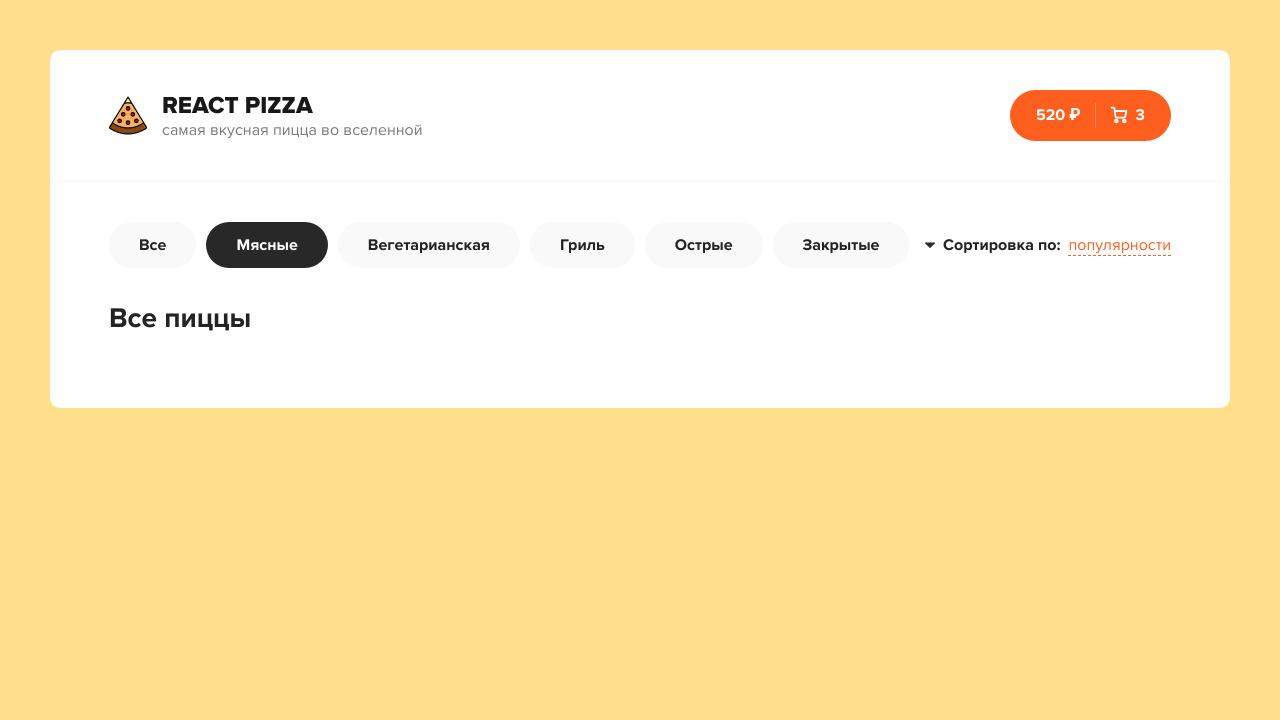
Repository: TigranMnjoyan96/reactpizza
Page: /
The author's editor kept a copy of each file at every save. The page is drawn from the files as they stood at one save, then again after a run of saves.
The browser window is 1280 px wide. The pictures show the whole page.
Pictures or frames that could not be fetched are drawn as grey boxes. The page's requests for data from a server got no answer. The project was rebuilt for these pictures with package versions that can differ from the ones it lists, and the page was loaded fresh each time. No one was signed in, and anything a server would have sent is missing. Also part of the build but not shown: src/pages/Cart.jsx.

Above is the page before, as saved 2020-08-22 00:32:31.

### src/App.jsx
import React, {useState, useEffect} from 'react'
import { Header } from './components'
import { Home, Cart } from './pages/index'
import { Route } from 'react-router-dom'
import axios from 'axios'
import Pizza from './components/Pizza/Pizza'


export default function App() {

    // State
    const [pizza, setPizza] = useState([])

    // Effect
    useEffect(() => {
        axios.get('http://localhost:3000/db.json')
            .then(res => {
                setPizza(res.data.pizza)
            })
    }, [])

    return (
        <div className="wrapper">
            <Header />
            <div className="content">
                <Route path="/" component={() => <Home pizza={pizza} />} exact />
                <Route path="/cart" component={Cart} />
            </div>
        </div>
    )
}

### src/scss/_fonts.scss
@font-face {
  font-family: 'Proxima Nova';
  src: url('./fonts/ProximaNova-Black.eot');
  src: local('./fonts/Proxima Nova Black'), local('ProximaNova-Black'),
    url('./fonts/ProximaNova-Black.eot?#iefix') format('embedded-opentype'),
    url('./fonts/ProximaNova-Black.woff') format('woff'),
    url('./fonts/ProximaNova-Black.ttf') format('truetype');
  font-weight: 900;
  font-style: normal;
}

@font-face {
  font-family: 'Proxima Nova';
  src: url('./fonts/ProximaNova-Bold.eot');
  src: local('./fonts/Proxima Nova Bold'), local('ProximaNova-Bold'),
    url('./fonts/ProximaNova-Bold.eot?#iefix') format('embedded-opentype'),
    url('./fonts/ProximaNova-Bold.woff') format('woff'),
    url('./fonts/ProximaNova-Bold.ttf') format('truetype');
  font-weight: bold;
  font-style: normal;
}

@font-face {
  font-family: 'Proxima Nova';
  src: url('./fonts/ProximaNova-Regular.eot');
  src: local('./fonts/Proxima Nova Regular'), local('ProximaNova-Regular'),
    url('./fonts/ProximaNova-Regular.eot?#iefix') format('embedded-opentype'),
    url('./fonts/ProximaNova-Regular.woff') format('woff'),
    url('./fonts/ProximaNova-Regular.ttf') format('truetype');
  font-weight: normal;
  font-style: normal;
}

@font-face {
  font-family: 'Proxima Nova';
  src: url('./fonts/ProximaNova-Extrabld.eot');
  src: local('./fonts/Proxima Nova Extrabold'), local('ProximaNova-Extrabld'),
    url('./fonts/ProximaNova-Extrabld.eot?#iefix') format('embedded-opentype'),
    url('./fonts/ProximaNova-Extrabld.woff') format('woff'),
    url('./fonts/ProximaNova-Extrabld.ttf') format('truetype');
  font-weight: 800;
  font-style: normal;
}

### src/scss/components/_button.scss
@import 'variables';

.button {
  display: inline-block;
  background-color: $orange;
  border-radius: 30px;
  padding: 10px 20px;
  min-width: 100px;
  text-align: center;
  cursor: pointer;
  transition: background-color $duration ease-in-out, border-color $duration ease-in-out;
  border: 1px solid transparent;
  @include noselect();

  &,
  span {
    color: #fff;
  }

  i,
  span,
  path,
  svg {
    transition: all $duration ease-in-out;
  }

  &:hover {
    background-color: darken($orange, 8%);
  }

  &:active {
    background-color: darken($orange, 12%);
    transform: translateY(1px);
  }

  &--circle {
    display: flex;
    align-items: center;
    justify-content: center;
    width: 32px;
    height: 32px;
    min-width: 32px;
    padding: 0;
    border-width: 2px;
  }

  &--black {
    background-color: $black;

    &:hover,
    &:active {
      background-color: lighten($color: $black, $amount: 10);
    }
  }

  &--outline {
    background-color: #fff;
    border-color: $orange;
    &,
    span {
      color: $orange;
    }

    svg {
      path {
        fill: $orange;
      }
    }

    &:hover {
      background-color: $orange;

      &,
      span {
        color: #fff;
      }

      svg {
        path {
          fill: #fff;
        }
      }
    }

    &:active {
      background-color: darken($orange, 8%);
    }
  }

  &__delimiter {
    width: 1px;
    height: 25px;
    background-color: rgba(255, 255, 255, 0.25);
    margin-left: 14px;
    margin-right: 14px;
  }

  &--add {
    svg {
      margin-right: 2px;
    }

    span {
      font-weight: 600;
      font-size: 16px;
    }

    &:hover {
      i {
        background-color: #fff;
        color: $orange;
      }
    }

    i {
      display: inline-block;
      border-radius: 30px;
      background-color: $orange;
      color: #fff;
      font-weight: 600;
      width: 22px;
      height: 22px;
      font-style: normal;
      font-size: 13px;
      line-height: 22px;
      position: relative;
      top: -1px;
      left: 3px;
    }
  }

  &--cart {
    display: flex;
    align-items: center;
    line-height: 23px;
    padding: 12px 25px;

    svg {
      margin-right: 8px;
      margin-bottom: 1px;
    }

    span {
      font-weight: 600;
      font-size: 16px;
    }
  }
}

### src/scss/components/_sort.scss
@import 'variables';

.sort {
  position: relative;
  &__label {
    display: flex;
    align-items: center;

    svg {
      margin-right: 8px;
      transform: rotate(180deg);
      -webkit-transform: rotate(180deg);
      -moz-transform: rotate(180deg);
      -ms-transform: rotate(180deg);
      -o-transform: rotate(180deg);
      &.rotated {
        transform: rotate(0);
        -webkit-transform: rotate(0);
        -moz-transform: rotate(0);
        -ms-transform: rotate(0);
        -o-transform: rotate(0);
}
}

    b {
      margin-right: 8px;
    }

    span {
      color: $orange;
      border-bottom: 1px dashed $orange;
      cursor: pointer;
    }
  }

  &__popup {
    position: absolute;
    right: 0;
    margin-top: 15px;
    background: #ffffff;
    box-shadow: 0px 5px 15px rgba(0, 0, 0, 0.09);
    border-radius: 10px;
    overflow: hidden;
    padding: 10px 0;
    width: 160px;

    ul {
      overflow: hidden;
      li {
        padding: 12px 20px;
        cursor: pointer;

        &.active,
        &:hover {
          background: rgba(254, 95, 30, 0.05);
        }

        &.active {
          font-weight: bold;
          color: $orange;
        }
      }
    }
  }
}

### src/scss/components/_pizza-block.scss
@import 'variables';

.pizza-block {
  width: 280px;
  text-align: center;
  margin-bottom: 65px;

  &:not(:nth-of-type(4n)) {
    margin-right: 35px;
  }

  &__image {
    width: 260px;
  }

  &__title {
    font-size: 20px;
    font-weight: 900;
    letter-spacing: 1%;
    margin-bottom: 20px;
  }

  &__selector {
    display: flex;
    background-color: #f3f3f3;
    border-radius: 10px;
    flex-direction: column;
    padding: 6px;

    ul {
      display: flex;
      flex: 1;

      &:first-of-type {
        margin-bottom: 6px;
      }

      li {
        padding: 8px;
        flex: 1;
        cursor: pointer;
        font-weight: 600;
        font-size: 14px;
        @include noselect();
        &.active {
          background: #ffffff;
          box-shadow: 0px 2px 4px rgba(0, 0, 0, 0.04);
          border-radius: 5px;
          cursor: auto;
        }
      }
    }
  }

  &__bottom {
    display: flex;
    align-items: center;
    justify-content: space-between;
    margin-top: 20px;
  }

  &__price {
    font-weight: bold;
    font-size: 22px;
    line-height: 27px;
    letter-spacing: 0.015em;
  }
}

### src/components/Pizza/Pizza.jsx
import React from 'react'


export default ({pizza}) => {
    return(
        <>
            {pizza.map(e => {
                return(
<div className="pizza-block">
                            <img
                                className="pizza-block__image"
                                src="https://dodopizza-a.akamaihd.net/static/Img/Products/Pizza/ru-RU/b750f576-4a83-48e6-a283-5a8efb68c35d.jpg"
                                alt="Pizza"
                            />
                            <h4 className="pizza-block__title">{e.name}</h4>
                            <div className="pizza-block__selector">
                                <ul>
                                    <li className="active">тонкое</li>
                                    <li>традиционное</li>
                                </ul>
                                <ul>
                                    <li className="active">26 см.
                                    </li>
                                    <li>30 см.</li>
                                    <li>40 см.</li>
                                </ul>
                            </div>
                            <div className="pizza-block__bottom">
                                <div className="pizza-block__price">от 395 ₽</div>
                                <div className="button button--outline button--add">
                                    <svg
                                        width="12"
                                        height="12"
                                        viewBox="0 0 12 12"
                                        fill="none"
                                        xmlns="http://www.w3.org/2000/svg"
                                    >
                                        <path
                                            d="M10.8 4.8H7.2V1.2C7.2 0.5373 6.6627 0 6 0C5.3373 0 4.8 0.5373 4.8 1.2V4.8H1.2C0.5373 4.8 0 5.3373 0 6C0 6.6627 0.5373 7.2 1.2 7.2H4.8V10.8C4.8 11.4627 5.3373 12 6 12C6.6627 12 7.2 11.4627 7.2 10.8V7.2H10.8C11.4627 7.2 12 6.6627 12 6C12 5.3373 11.4627 4.8 10.8 4.8Z"
                                            fill="white"
                                        />
                                    </svg>
                                    <span>Добавить</span>
                                    <i>2</i>
                                </div>
                            </div>
                        </div>
                )
            })}
        </>

    )
}

### src/components/Header/Header.jsx
import React from 'react'
import logoSvg from "../../assets/img/pizza-logo.svg";
import Button from "./Button/Button"
import { Link } from "react-router-dom";


export default () => {
    return(
        <div className="header">
            <div className="container">
                <Link to="/">
                <div className="header__logo">
                    <img width="38" src={logoSvg} alt="Pizza logo"/>
                    <div>
                        <h1>React Pizza</h1>
                        <p>самая вкусная пицца во вселенной</p>
                    </div>
                </div>
                </Link>
                <div className="header__cart">
                <Link to="/cart">
                <Button className >
                            <span>520 ₽</span>
                            <div className="button__delimiter"></div>
                            <svg
                                width="18"
                                height="18"
                                viewBox="0 0 18 18"
                                fill="none"
                                xmlns="http://www.w3.org/2000/svg"
                            >
                                <path
                                    d="M6.33333 16.3333C7.06971 16.3333 7.66667 15.7364 7.66667 15C7.66667 14.2636 7.06971 13.6667 6.33333 13.6667C5.59695 13.6667 5 14.2636 5 15C5 15.7364 5.59695 16.3333 6.33333 16.3333Z"
                                    stroke="white"
                                    strokeWidth="1.8"
                                    strokeLinecap="round"
                                    strokeLinejoin="round"
                                />
                                <path
                                    d="M14.3333 16.3333C15.0697 16.3333 15.6667 15.7364 15.6667 15C15.6667 14.2636 15.0697 13.6667 14.3333 13.6667C13.597 13.6667 13 14.2636 13 15C13 15.7364 13.597 16.3333 14.3333 16.3333Z"
                                    stroke="white"
                                    strokeWidth="1.8"
                                    strokeLinecap="round"
                                    strokeLinejoin="round"
                                />
                                <path
                                    d="M4.78002 4.99999H16.3334L15.2134 10.5933C15.1524 10.9003 14.9854 11.176 14.7417 11.3722C14.4979 11.5684 14.1929 11.6727 13.88 11.6667H6.83335C6.50781 11.6694 6.1925 11.553 5.94689 11.3393C5.70128 11.1256 5.54233 10.8295 5.50002 10.5067L4.48669 2.82666C4.44466 2.50615 4.28764 2.21182 4.04482 1.99844C3.80201 1.78505 3.48994 1.66715 3.16669 1.66666H1.66669"
                                    stroke="white"
                                    strokeWidth="1.8"
                                    strokeLinecap="round"
                                    strokeLinejoin="round"
                                />
                            </svg>
                            <span>3</span>
                    </Button>
                </Link>
                </div>
            </div>
        </div>
    )
}

### src/components/Categories/Categories.jsx
import React, { useState } from 'react'
import classNames from 'classnames'


export default () => {
    let [categories] = useState([
        'Все', 'Мясные', 'Вегетарианская', 'Гриль', 'Острые', 'Закрытые'
    ])

    let [activeItem, setActiveItem] = useState(1)


    return(
        <div className="categories">
            <ul>
                {categories.map((category, index) => {
                    return(
                        <li key={index} onClick={() => setActiveItem(index)} className={classNames({'active': index === activeItem})}>{category}</li>
                    )
                })}
            </ul>
        </div>
    )
}

### src/components/Sort/Sort.jsx
import React, {useState, useEffect, useRef} from 'react'
import classNames from 'classnames'

export default () => {

    // State
    const [ showPopup, setShowPopup ] = useState(false)
    const [ sortItem ] = useState([ 'популярности', 'цене', 'алфавиту' ] )
    const [ activeItem, setActiveItem ] = useState(0)

    // Effect
    useEffect(() => {
        document.body.addEventListener('click', hidePopupHandler)
    }, [showPopup])


    // Refs
    const sortRef = useRef()


    // -----------
    const hidePopupHandler = (e) => {
       if(!e.path.includes(sortRef.current)) {
            setShowPopup(false)
       }
    }

    const showPopupHandler = () => {
        setShowPopup(!showPopup)
    }

    const selectItem = (index) => {
        setActiveItem(index)
        setShowPopup(false)
    }


    return (
        <div className="sort" ref={sortRef}>
            <div className="sort__label">
                <svg
                    className={classNames({'rotated': showPopup})}
                    width="10"
                    height="6"
                    viewBox="0 0 10 6"
                    fill="none"
                    xmlns="http://www.w3.org/2000/svg">
                    <path
                        d="M10 5C10 5.16927 9.93815 5.31576 9.81445 5.43945C9.69075 5.56315 9.54427 5.625 9.375 5.625H0.625C0.455729 5.625 0.309245 5.56315 0.185547 5.43945C0.061849 5.31576 0 5.16927 0 5C0 4.83073 0.061849 4.68424 0.185547 4.56055L4.56055 0.185547C4.68424 0.061849 4.83073 0 5 0C5.16927 0 5.31576 0.061849 5.43945 0.185547L9.81445 4.56055C9.93815 4.68424 10 4.83073 10 5Z"
                        fill="#2C2C2C"/>
                </svg>
                <b>Сортировка по:</b>
                <span onClick={ showPopupHandler } >популярности</span>
            </div>
            {showPopup ? <div className="sort__popup">
                <ul>
                    {sortItem.map( (item, index) => {
                        return(
                            <li className={classNames({'active': index === activeItem  })} key={index}  onClick={() => selectItem(index)} > { item } </li>
                        )
                    })}
                </ul>
            </div> : null}

        </div>
    )
}

### src/pages/Home.jsx
import React from 'react'
import {Categories, Sort, Pizza} from '../components'



export default ({pizza}) => {
    return(
        <div className="container">
                    <div className="content__top">
                        <Categories />
                        <Sort />

                    </div>
                    <h2 className="content__title">Все пиццы</h2>
                    <div className="content__items">
                        <Pizza pizza={pizza} />
                     </div>
                </div>
    )
}

### src/components/Header/Button/Button.jsx
import React from 'react'
import classNames from 'classnames'



export default ({className, children}) => {

        return(
                <button className={classNames('button', {'button--cart': className})}>{children}</button>
        )
}

Loaded but not shown: public/index.html (common file); src/scss/_variables.scss (common file); src/scss/libs/_normalize.scss (common file); src/scss/components/_all.scss (common file); src/scss/components/_header.scss (common file); src/scss/components/_categories.scss (common file); src/index.js (19 lines, source omitted); src/components/index.js (4 lines, source omitted); src/pages/index.js (2 lines, source omitted); src/scss/app.scss (312 lines, source omitted)

After the next 3 saves:
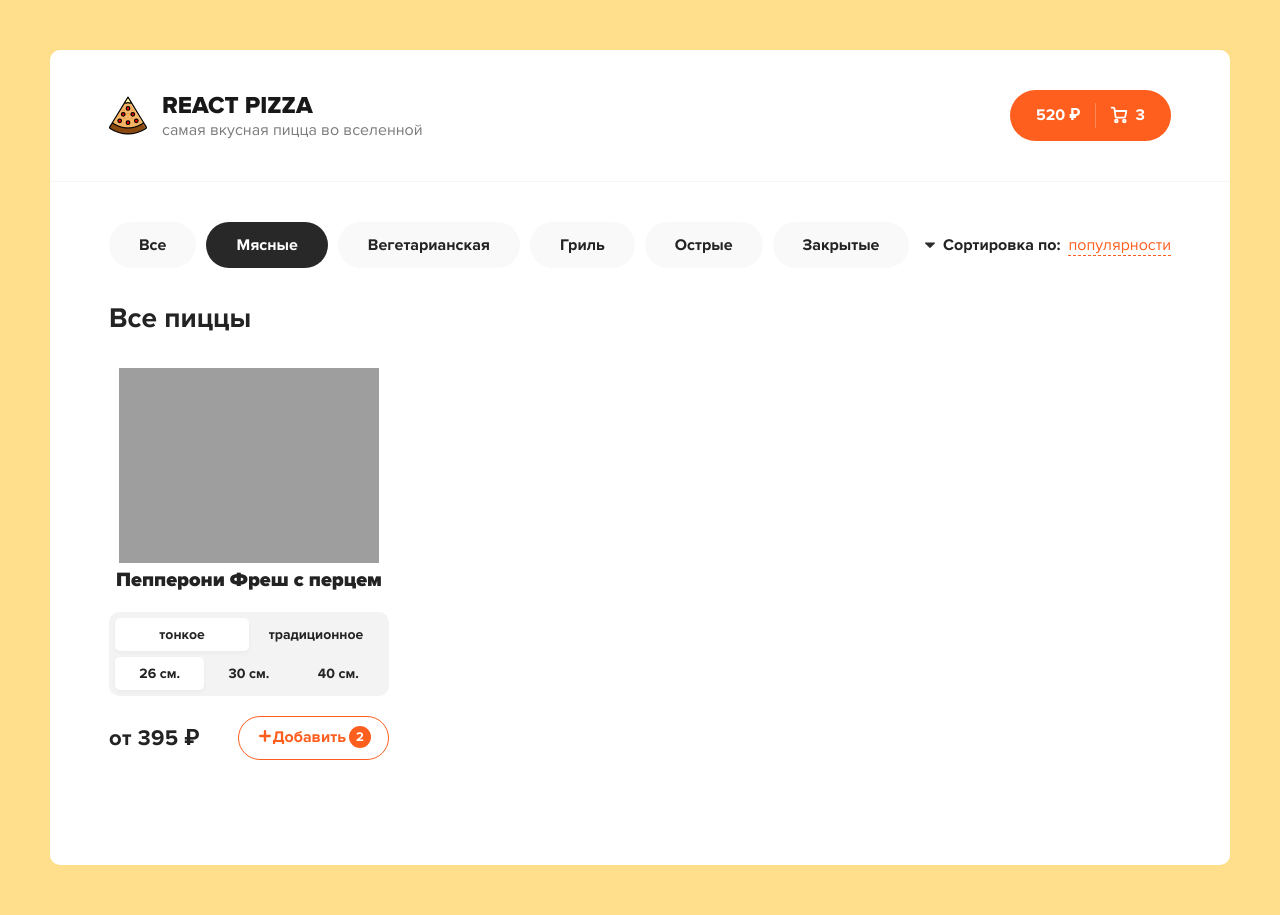
The 3 saves are shown as one change because 2 did not build or start.
The last was saved 22 min 41 s later.
--- a/src/components/Pizza/Pizza.jsx
+++ b/src/components/Pizza/Pizza.jsx
@@ -1,18 +1,15 @@
 import React from 'react'
 
 
-export default ({pizza}) => {
+export default () => {
     return(
-        <>
-            {pizza.map(e => {
-                return(
 <div className="pizza-block">
                             <img
                                 className="pizza-block__image"
                                 src="https://dodopizza-a.akamaihd.net/static/Img/Products/Pizza/ru-RU/b750f576-4a83-48e6-a283-5a8efb68c35d.jpg"
                                 alt="Pizza"
                             />
-                            <h4 className="pizza-block__title">{e.name}</h4>
+                            <h4 className="pizza-block__title">Пепперони Фреш с перцем</h4>
                             <div className="pizza-block__selector">
                                 <ul>
                                     <li className="active">тонкое</li>
@@ -45,9 +42,6 @@ export default ({pizza}) => {
                                 </div>
                             </div>
                         </div>
-                )
-            })}
-        </>
 
     )
 }

After the save that followed:
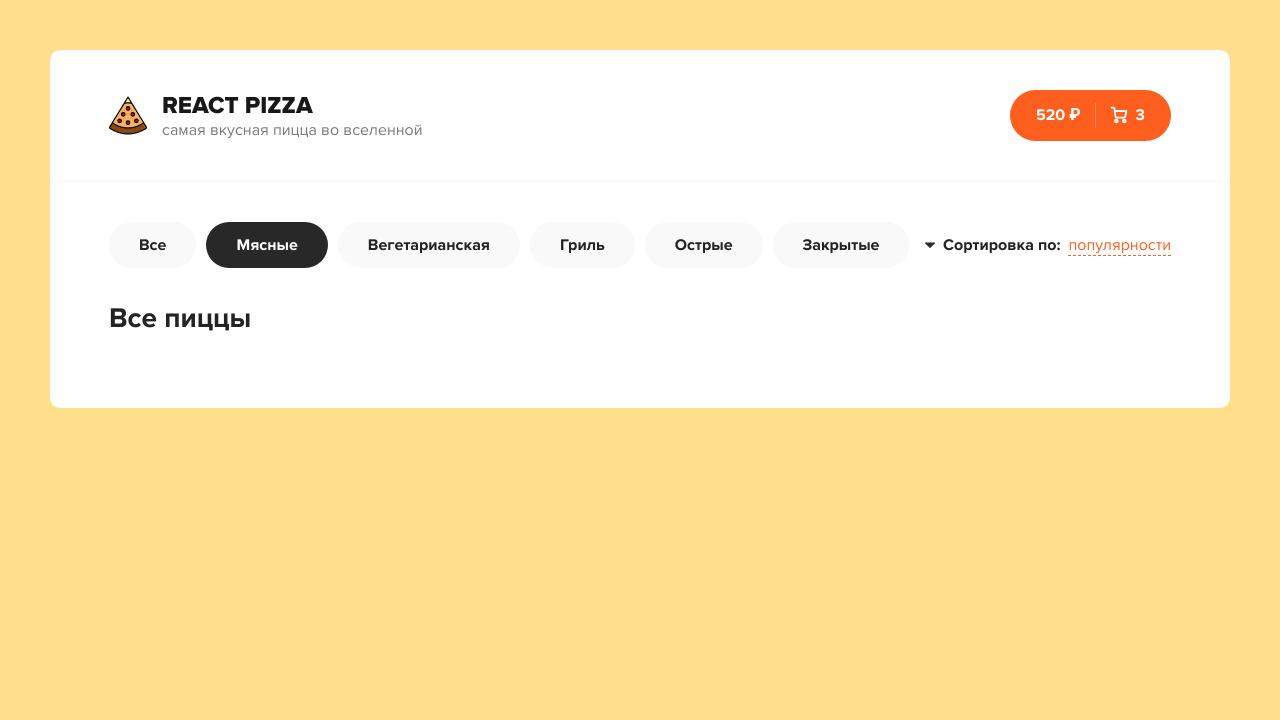
Saved 43 s later.
--- a/src/pages/Home.jsx
+++ b/src/pages/Home.jsx
@@ -13,7 +13,9 @@ export default ({pizza}) => {
                     </div>
                     <h2 className="content__title">Все пиццы</h2>
                     <div className="content__items">
-                        <Pizza pizza={pizza} />
+                        {pizza.map(item => {
+                            <Pizza />
+                        })}
                      </div>
                 </div>
     )
